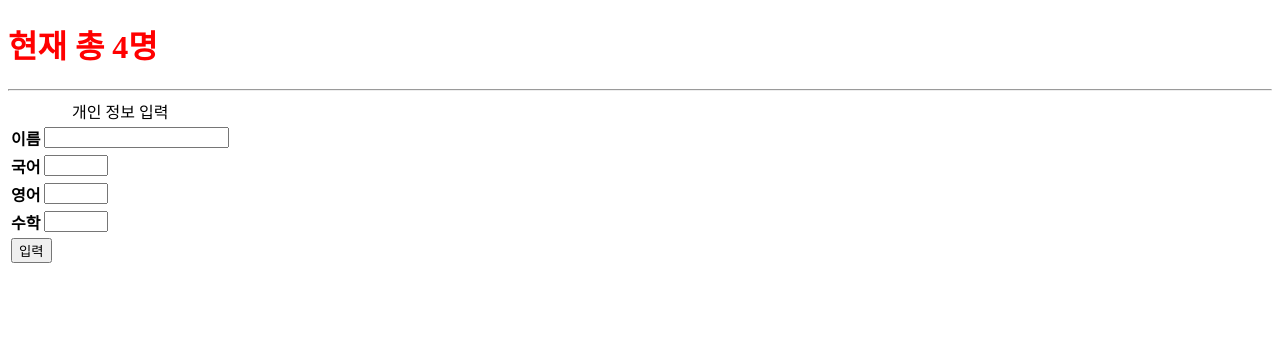
Repository: jim698/Practice
Page: http://localhost/today_test/
The author's editor kept a copy of each file at every save. The page is drawn from the files as they stood at one save, then again after the next save.
The browser window is 1280 px wide. The pictures show the whole page.
The page is served by Tomcat 9.

Above is the page before, as saved 2020-03-30 06:30:50.

After the next save:
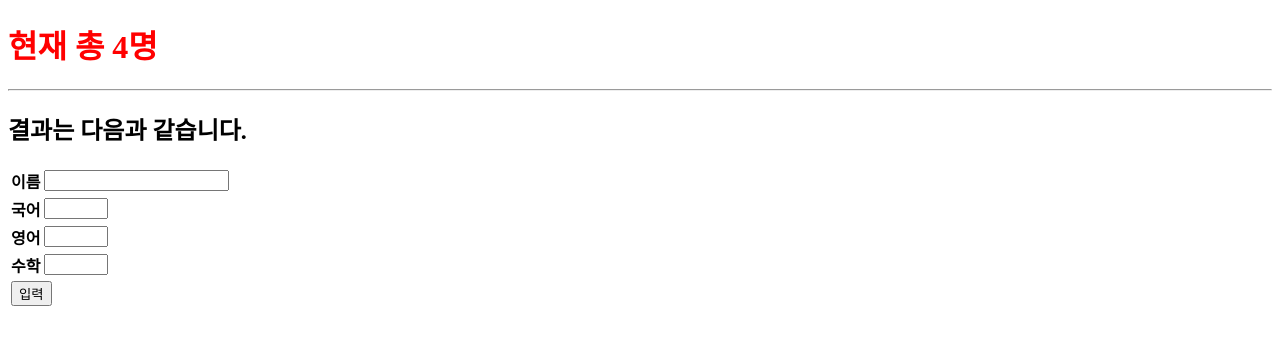
Saved 2 min 20 s later.
--- a/today_test/src/main/webapp/WEB-INF/views/inputForm.jsp
+++ b/today_test/src/main/webapp/WEB-INF/views/inputForm.jsp
@@ -14,9 +14,8 @@
 	<h1>${msg }</h1>
 	<hr>
 	<form action="${conPath }/input.do" method="get">
-
+	<h2>결과는 다음과 같습니다.</h2>
 		<table>
-			<caption>개인 정보 입력</caption>
 			<tr>
 				<th>이름</th>
 				<td><input type="text" name="name" required="required"></td>
